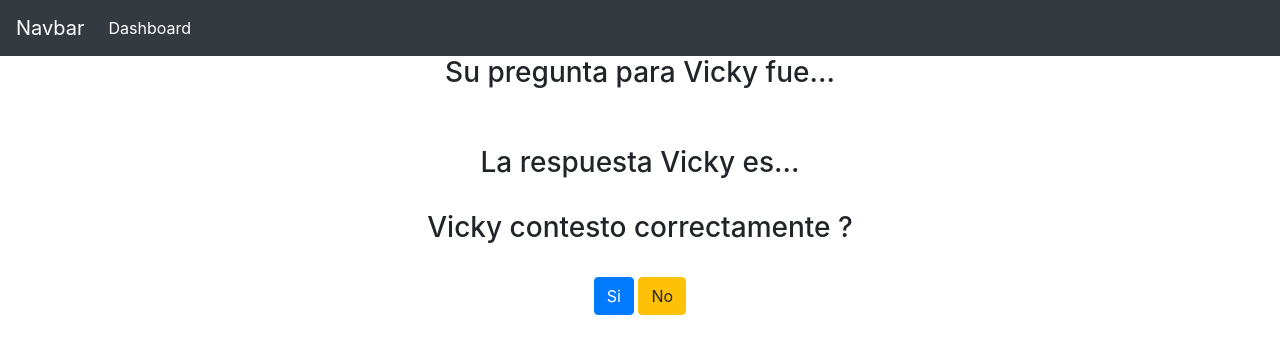
Repository: Crixtiancub/feedback_Vicky
Page: http://localhost/vicky/
The author's editor kept a copy of each file at every save. The page is drawn from the files as they stood at one save, then again after the next save.
The browser window is 1280 px wide. The pictures show the whole page.
The page is served by the project's application, run on Django 3.2 (manage.py). Other server files are loaded and not shown.

Above is the page before, as saved 2021-04-29 16:31:52.

### vicky/templates/respuesta_Vicky.html
{% extends 'main.html' %}

{% block content %}

<center>
    <h3>Su pregunta para Vicky fue...</h3>
    <br>
    {{ visitas.pregunta }}
    <br>

    <h3>La respuesta Vicky es...</h3>
    <br>
    {{ visitas.respuesta }}

    <form action="{% url 'home' %}">
        <h3>Vicky contesto correctamente ?</h3>
        <br>

        <input type="submit" class="btn btn-primary" value="Si">
        <input type="submit" class="btn btn-warning" value="No">
    </form>

</center>

{% endblock %}

### vicky/templates/main.html
<!DOCTYPE html>
 <!-- Latest compiled and minified CSS -->
 <link rel="stylesheet" href="https://maxcdn.bootstrapcdn.com/bootstrap/4.5.2/css/bootstrap.min.css">

 <!-- jQuery library -->
 <script src="https://ajax.googleapis.com/ajax/libs/jquery/3.5.1/jquery.min.js"></script>

 <!-- Popper JS -->
 <script src="https://cdnjs.cloudflare.com/ajax/libs/popper.js/1.16.0/umd/popper.min.js"></script>

 <!-- Latest compiled JavaScript -->
 <script src="https://maxcdn.bootstrapcdn.com/bootstrap/4.5.2/js/bootstrap.min.js"></script>

<html>
    <head>
        <title>
            Prueba1
        </title>
    </head>
    <body>
        {% include 'navbar.html' %}

        {% block content %}

        {% endblock %}
    </body>
</html>

### vicky/templates/navbar.html
 <nav class="navbar navbar-expand-lg navbar-dark bg-dark">
    <a class="navbar-brand" href="#">Navbar</a>
    <button class="navbar-toggler" type="button" data-toggle="collapse" data-target="#navbarSupportedContent" aria-controls="navbarSupportedContent" aria-expanded="false" aria-label="Toggle navigation">
      <span class="navbar-toggler-icon"></span>
    </button>

    <div class="collapse navbar-collapse" id="navbarSupportedContent">
      <ul class="navbar-nav mr-auto">
        <li class="nav-item active">
          <a class="nav-link" href="{% url 'home' %}">Dashboard</a>
        </li>
        <!-- <li class="nav-item dropdown">
          <a class="nav-link dropdown-toggle" href="#" id="navbarDropdown" role="button" data-toggle="dropdown" aria-haspopup="true" aria-expanded="false">
            Dropdown
          </a>
          <div class="dropdown-menu" aria-labelledby="navbarDropdown">
            <a class="dropdown-item" href="#">Action</a>
            <a class="dropdown-item" href="#">Another action</a>
            <div class="dropdown-divider"></div>
            <a class="dropdown-item" href="#">Something else here</a>
          </div>
        </li>
        <li class="nav-item">
          <a class="nav-link disabled" href="#">Disabled</a>
        </li>
      </ul>
      <form class="form-inline my-2 my-lg-0">
        <input class="form-control mr-sm-2" type="search" placeholder="Search" aria-label="Search">
        <button class="btn btn-outline-success my-2 my-sm-0" type="submit">Search</button>
      </form> -->
    </div>
  </nav>

### vicky/views.py
from django.shortcuts import render, redirect
import os
from modelo_IA.archivos_Python.pipeline import Pipeline
from vicky import templates
# Create your views here.

def home(request):

    num_visits = request.session.get('num_visits', 3)

    if num_visits == 0:
        request.session['num_visits'] = 3
        return redirect(noVisitas)
    else:
        request.session['num_visits'] = num_visits - 1

        contexto = {
            'num_visits': num_visits,
        }

        return render(request, 'respuesta_Vicky.html' , {'visitas':contexto})

def noVisitas(request):
    return render(request, 'noVisitas.html')

def respuesta_Vicky(request):
    pregunta = request.GET('pregunta_Vicky')
    respuesta = model.run_model(pregunta)
    return render(request, 'noVisitas.html')

### prueba_Vicky/urls.py
"""prueba_Vicky URL Configuration

The `urlpatterns` list routes URLs to views. For more information please see:
    https://docs.djangoproject.com/en/3.2/topics/http/urls/
Examples:
Function views
    1. Add an import:  from my_app import views
    2. Add a URL to urlpatterns:  path('', views.home, name='home')
Class-based views
    1. Add an import:  from other_app.views import Home
    2. Add a URL to urlpatterns:  path('', Home.as_view(), name='home')
Including another URLconf
    1. Import the include() function: from django.urls import include, path
    2. Add a URL to urlpatterns:  path('blog/', include('blog.urls'))
"""
from django.contrib import admin
from django.urls import path, include

urlpatterns = [
    path('admin/', admin.site.urls),
    path('vicky/', include('vicky.urls'))
]

### vicky/urls.py
from django.urls import path
from . import views


# Direccionamiento de las paginas
urlpatterns = [
    path(r'', views.home, name="home"),
    path(r'noVisitas/', views.noVisitas, name="noVisitas"),
    path(r'respuesta_Vicky/', views.respuesta_Vicky, name='respuesta_Vicky')
]

### vicky/templates/dashboard.html
{% extends 'main.html' %}

{% block content %}

<center>
    <h1>Ayudanos a alimentar a Vicky...</h1>

    <h3>hazle {{ visitas.num_visits }} {%if visitas.num_visits == 1%} pregunta{% else %}
        preguntas{% endif %}  a Vicky y dinos sí el tópico que ella
        devuelve es correcto o no...</h3>

    <form action="{% url 'respuesta_Vicky' %}">
        {% csrf_token%}

        <div class="form-group">
            <label for="txt_pregunta_Vicky">Pregunta:</label><br>

            <input type="text" id="txt_pregunta_Vicky"
            name="pregunta_Vicky" class="col-sm-8 form-control"
            placeholder="preguntale a Vicky...">

        </div>

        <input type="submit" class="btn btn-primary" value="Preguntar">
    </form>

    <br>

</center>

{% endblock %}

After the next save:
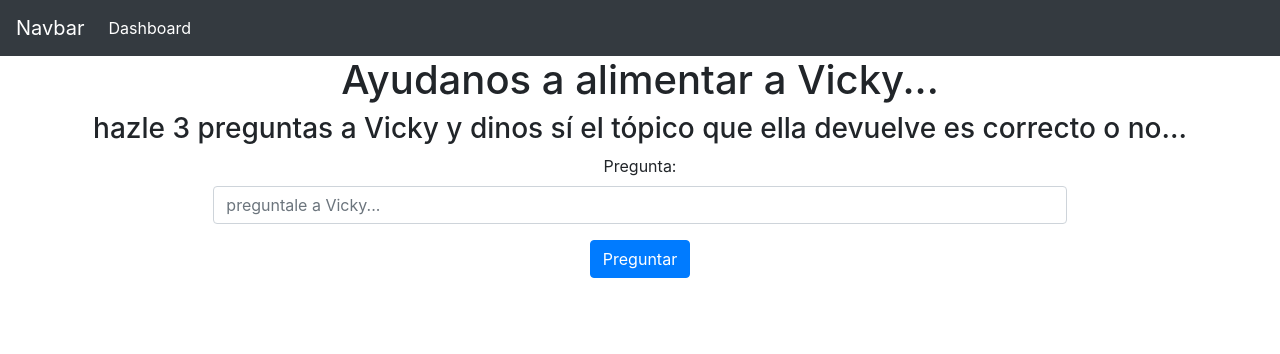
Saved 5 min 8 s later.
--- a/vicky/views.py
+++ b/vicky/views.py
@@ -17,8 +17,7 @@ def home(request):
         contexto = {
             'num_visits': num_visits,
         }
-
-        return render(request, 'respuesta_Vicky.html' , {'visitas':contexto})
+        return render(request, 'dashboard.html' , {'visitas':contexto})
 
 def noVisitas(request):
     return render(request, 'noVisitas.html')
